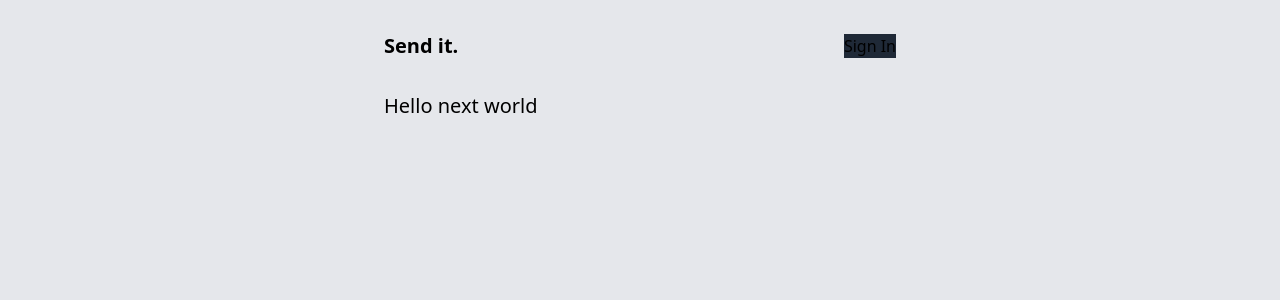
Repository: AMT98/SEND-IT
Page: /
These files come from the project's save history. The page is drawn as it stood at one moment and after the next save; the edit follows.
The browser window is 1280 px wide. The pictures show the whole page.
The project was rebuilt for these pictures with package versions that can differ from the ones it lists, and the page was loaded fresh each time. The framework's server and built-in components were replaced by stand-ins that run in the browser. Also part of the build but not shown: next.config.js.

Above is the page before, as saved 2023-02-14 11:30:33.

After the next save:
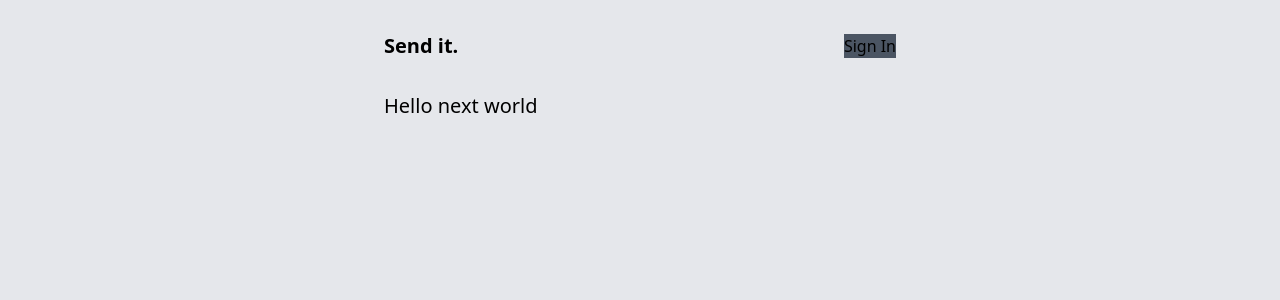
Saved 93 s later.
--- a/app/auth/Login.tsx
+++ b/app/auth/Login.tsx
@@ -4,7 +4,7 @@ import { signIn } from "next-auth/react";
 export default function Login() {
   return (
     <li className="list-none">
-      <button onClick={() => signIn()} className="text-md bg-gray-800">
+      <button onClick={() => signIn()} className="text-md bg-gray-600">
         Sign In
       </button>
     </li>
